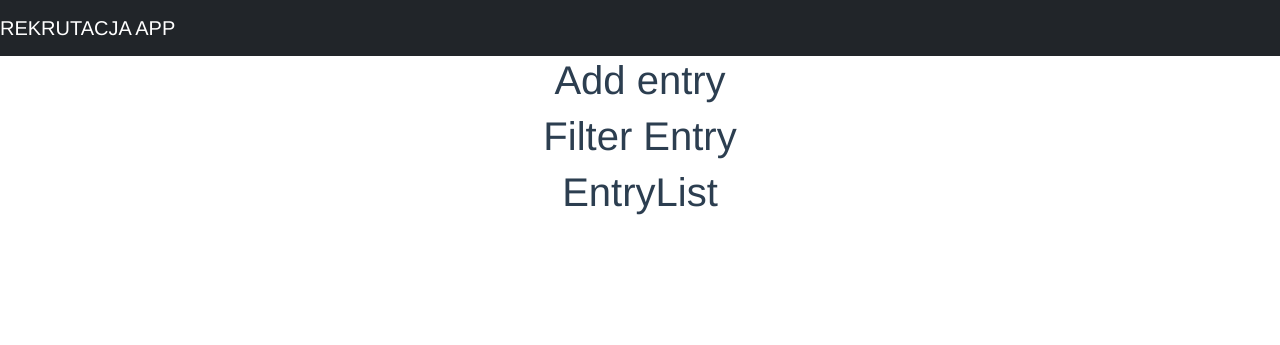
Repository: Madaless/vue_elastic
Page: / (app in vuejsapp/crudapp/)
An editor plug-in stored every save of this project. The page is shown before and after the next save, followed by the edit.
The browser window is 1280 px wide. The pictures show the whole page.
The page's requests for data from a server got no answer. The project was rebuilt for these pictures with package versions that can differ from the ones it lists, and the page was loaded fresh each time. No one was signed in, and anything a server would have sent is missing.

Above is the page before, as saved 2021-09-09 15:14:30.

After the next save:
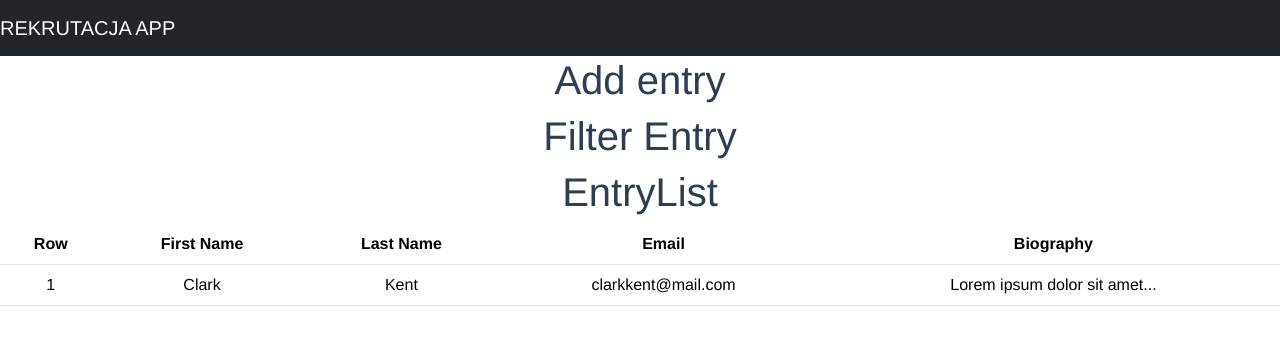
Saved 2 days later.
--- a/vuejsapp/crudapp/src/components/EntryList.vue
+++ b/vuejsapp/crudapp/src/components/EntryList.vue
@@ -1,16 +1,34 @@
 <template>
-    <div>
-        <h1>EntryList</h1>
+  <div>
+    <h1>EntryList</h1>
 
-        <div class="todos">
-            <div
-                v-for="entry in entryList"
-                class="todo"
-                v-bind:key="entry.key">
-                {{ entry.title }}
-            </div>
-        </div>
+    <div class="todos">
+      <div v-for="entry in entryList" class="todo" v-bind:key="entry.key">
+        {{ entry.title }}
+      </div>
+
+      <table class="table">
+        <thead>
+          <tr>
+            <th>Row</th>
+            <th>First Name</th>
+            <th>Last Name</th>
+            <th>Email</th>
+            <th>Biography</th>
+          </tr>
+        </thead>
+        <tbody>
+          <tr>
+            <td>1</td>
+            <td>Clark</td>
+            <td>Kent</td>
+            <td>clarkkent@mail.com</td>
+            <td>Lorem ipsum dolor sit amet...</td>
+          </tr>
+        </tbody>
+      </table>
     </div>
+  </div>
 </template>
 
 <script>
@@ -24,7 +42,7 @@ export default {
   computed: mapGetters(["entryList"]),
   created() {
     this.fetchEntryList();
-  }
+  },
 };
 </script>
 
